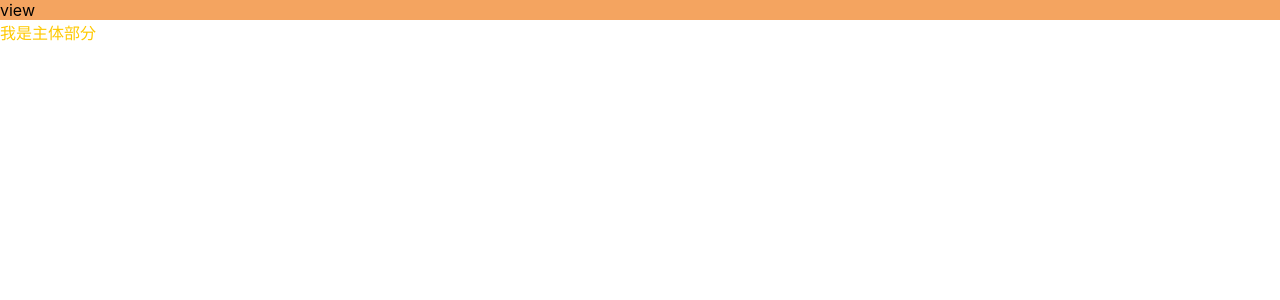
Repository: Alicehhhmm/aplum
Page: /
These files come from the project's save history. The page is drawn as it stood at one moment and after a run of saves; the edit follows.
The browser window is 1280 px wide. The pictures show the whole page.
The project was rebuilt for these pictures with package versions that can differ from the ones it lists, and the page was loaded fresh each time. Also part of the build but not shown: src/components/iconfont/IconFont.jsx, src/components/footer/index.jsx, src/components/body/index.scss, src/App.css.

Above is the page before, as saved 2021-10-11 11:27:13.

### src/index.js
import React from 'react';
import ReactDOM from 'react-dom';
import './index.css';
import App from './App';
import reportWebVitals from './reportWebVitals';

ReactDOM.render(
  <React.StrictMode>
    <App />

  </React.StrictMode>,
  document.getElementById('root')
);


reportWebVitals();

### src/App.js


// import Footer from './views/footer/footer';//尾部
import Footer from './components/footer';
import Body from './components/body';
import Header from './components/header';
import './App.css';

function App() {
  return (
    <div>
      <Header/>
      <Body/>
      {/* <Footer/> */}
    </div>
  );
}

export default App;

### src/components/body/index.jsx
import React from "react";
import "./index.scss"

function Footer(){
    return(
        <div style={{color:'#ffc900'}}>
          <p calssname="mm"> 我是主体部分 </p>
        </div>

    );
}




export default Footer;

### src/components/header/index.jsx
import React, { Component } from "react";
import './index.scss'
export default class Header extends Component{
    render(){
        return(
            <div className="mn" >
                {/* 头部小导航栏 */}
                <view className="minTop">
                    view
                </view>
                {/* 头部大导航栏 */}
                <view className="maxTop"></view>
            </div>
        )
    }
}

### src/components/footer/index.scss
*{
    margin: 0;
    padding: 0;
    list-style-type:none;
}
.mu{
    width: auto;
    height: 500px;
    display: flex;
    flex-direction: column;
    justify-content: space-between;
    background-color: sandybrown;
}
.mut{
    width: auto;
    height: 144px;
    line-height: 144px;
    font-size: 32px;
    font-weight: 700;
    color: #ffffff;
    font-family:Helvetica,Arial,sans-serif ;
    display: flex;
    flex-direction: column;
    justify-content: center;
    align-items: center;
    flex-grow: 0;
    background-color: rgb(2, 26, 9);
}
.mub{
    width: auto;
    display: flex;
    flex-direction: column;
    justify-content: center;
    align-items: center;
    flex-grow: 1;
    background-color: skyblue;
}
.mutt{
    width: auto;
    margin: 0 320px;
    display: flex;
    flex-grow: 1;
    background-color: tan;
}
.ttbn{
    width: 222px;
    height: 356px;
    padding: 0 12px;
    display: flex;
    flex-direction: column;
    align-items: center;
    background-color: rgb(2, 26, 9);
}
.p{
    font-size: 16px;
    line-height: 16px;
    color: #ffffff;
    font-family:Helvetica,Arial,sans-serif ;
    margin-bottom: 14px;
}
.li{
    font-size: 12px;
    color: #f9f9f9;
}
.mubb{
    width: auto;
    display: flex;
    flex-direction: row;
    justify-content: space-between;
    flex-grow: 0;
    border-top:1px solid #ffffff;
}
.bbtn{
    width: 492px;
    height: 60px;
    display: flex;
    justify-content: center;
    align-items: center;
    background-color: rgb(2, 26, 9);
}
.copright{
    font-family:  Helvetica,"sans-serif-light",sans-serif;
    font-size: 12px;
    font-weight: 300;
    color: #f9f9f9;
}
.bbtnx{
    width: 492px;
    height: 60px;
    display: flex;
    justify-content: flex-end;
    align-items: center;
    background-color: rgb(2, 26, 9);
}
.icon{
    width: 20px;
    height: 40px;
    padding: 0 5px;
    background-color: #ffffff;
}

### src/components/header/index.scss
*{
    margin: 0;
    padding: 0;
}
.mn{
    background-color: sandybrown;
}

Loaded but not shown: public/index.html (common file); src/index.css (common file); src/reportWebVitals.js (common file)

After the next 3 saves:
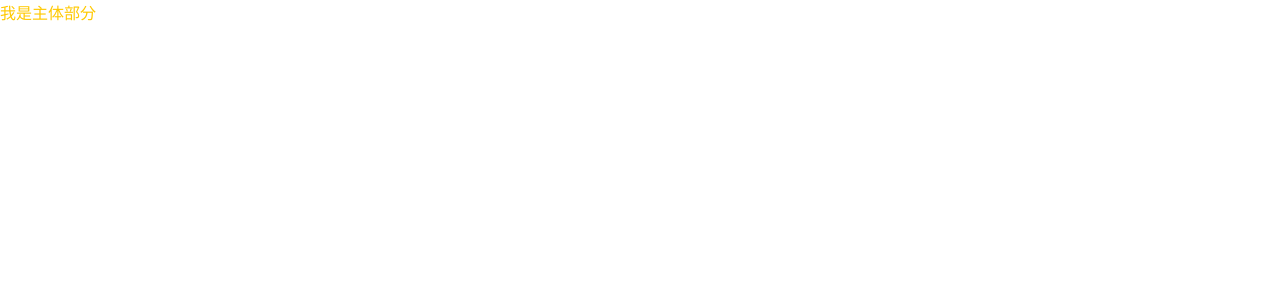
The 3 saves are shown as one change because 1 did not build or start and some came seconds apart.
The last was saved 25 s later.
--- a/src/components/header/index.jsx
+++ b/src/components/header/index.jsx
@@ -6,7 +6,7 @@
             <div className="mn" >
                 {/* 头部小导航栏 */}
                 <view className="minTop">
-                    view
+
                 </view>
                 {/* 头部大导航栏 */}
                 <view className="maxTop"></view>

After the 4 saves that followed:
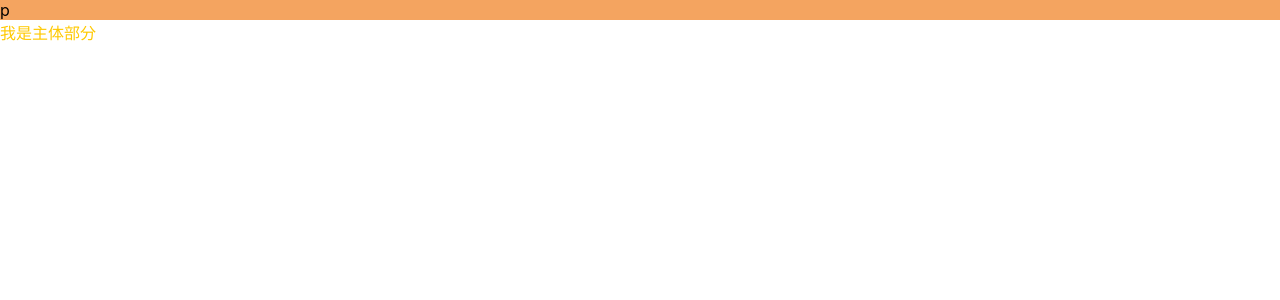
The 4 saves are shown as one change because 1 left the picture as it was and some came seconds apart.
The last was saved 44 s later.
--- a/src/components/header/index.jsx
+++ b/src/components/header/index.jsx
@@ -6,7 +6,7 @@
             <div className="mn" >
                 {/* 头部小导航栏 */}
                 <view className="minTop">
-
+                    p
                 </view>
                 {/* 头部大导航栏 */}
                 <view className="maxTop"></view>
